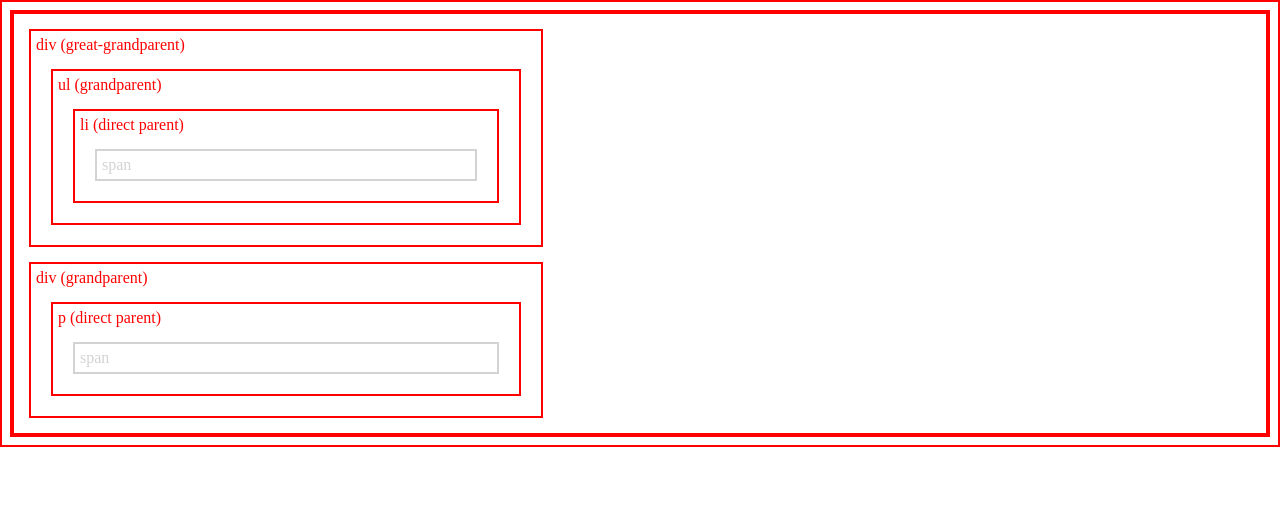
Repository: sudheerj/jQuery
Page: jQueryExamples/chapter03/AdjacentSiblingSelector.html
The author's editor kept a copy of each file at every save. The page is drawn from the files as they stood at one save, then again after the next save.
The browser window is 1280 px wide. The pictures show the whole page.

Above is the page before, as saved 2016-10-21 02:49:17.

### jQueryExamples/chapter03/AdjacentSiblingSelector.html
<!DOCTYPE html>
<head>
	<title>jQuery Get Tag Name</title>
	<script type="text/javascript" src="..\jquery\jquery-3.1.1.min.js"></script>

<script>
$(document).ready(function(){
    $("span").parent().css({"color": "red", "border": "2px solid red"});
    $("span").parents().css({"color": "red", "border": "2px solid red"});
    $("span").parents("ul").css({"color": "red", "border": "2px solid red"});
    $("span").parentsUntil("div").css({"color": "red", "border": "2px solid red"});

});
</script>
<style>
.ancestors * {
    display: block;
    border: 2px solid lightgrey;
    color: lightgrey;
    padding: 5px;
    margin: 15px;
}
</style>
</head>
<body>

<div class="ancestors">
  <div style="width:500px;">div (great-grandparent)
    <ul>ul (grandparent)
      <li>li (direct parent)
        <span>span</span>
      </li>
    </ul>
  </div>

  <div style="width:500px;">div (grandparent)
    <p>p (direct parent)
        <span>span</span>
      </p>
  </div>
</div>
</body>
</html>

Loaded but not shown: jQueryExamples/jquery/jquery-3.1.1.min.js (library)

After the next save:
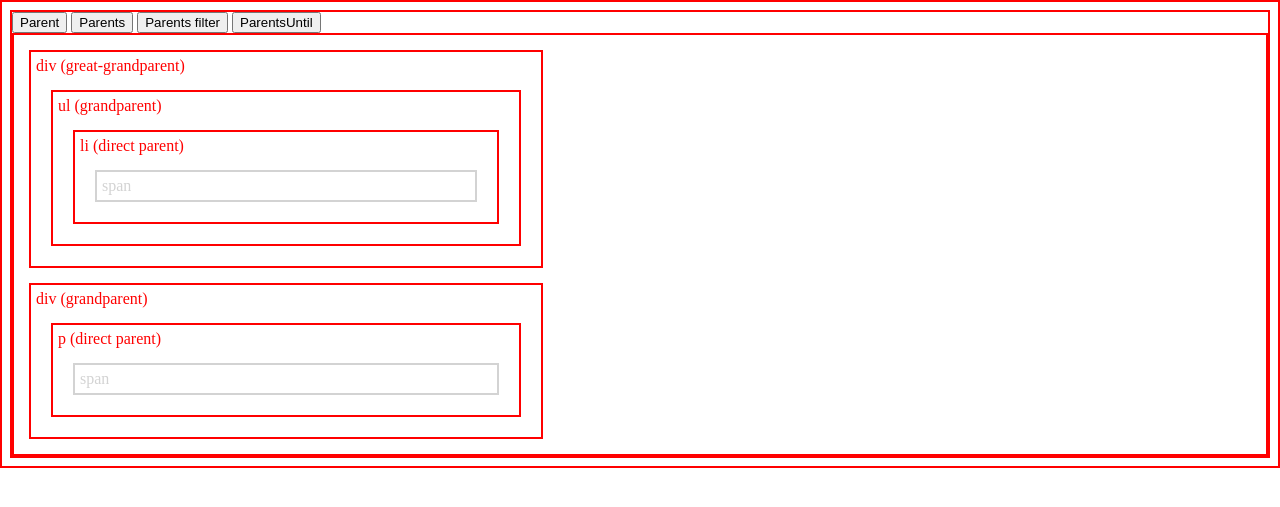
Saved 3 min 29 s later.
--- a/jQueryExamples/chapter03/AdjacentSiblingSelector.html
+++ b/jQueryExamples/chapter03/AdjacentSiblingSelector.html
@@ -23,6 +23,10 @@ $(document).ready(function(){
 </style>
 </head>
 <body>
+<button id="button1">Parent</button>
+<button id="button2">Parents</button>
+<button id="button3">Parents filter</button>
+<button id="button4">ParentsUntil</button>
 
 <div class="ancestors">
   <div style="width:500px;">div (great-grandparent)
